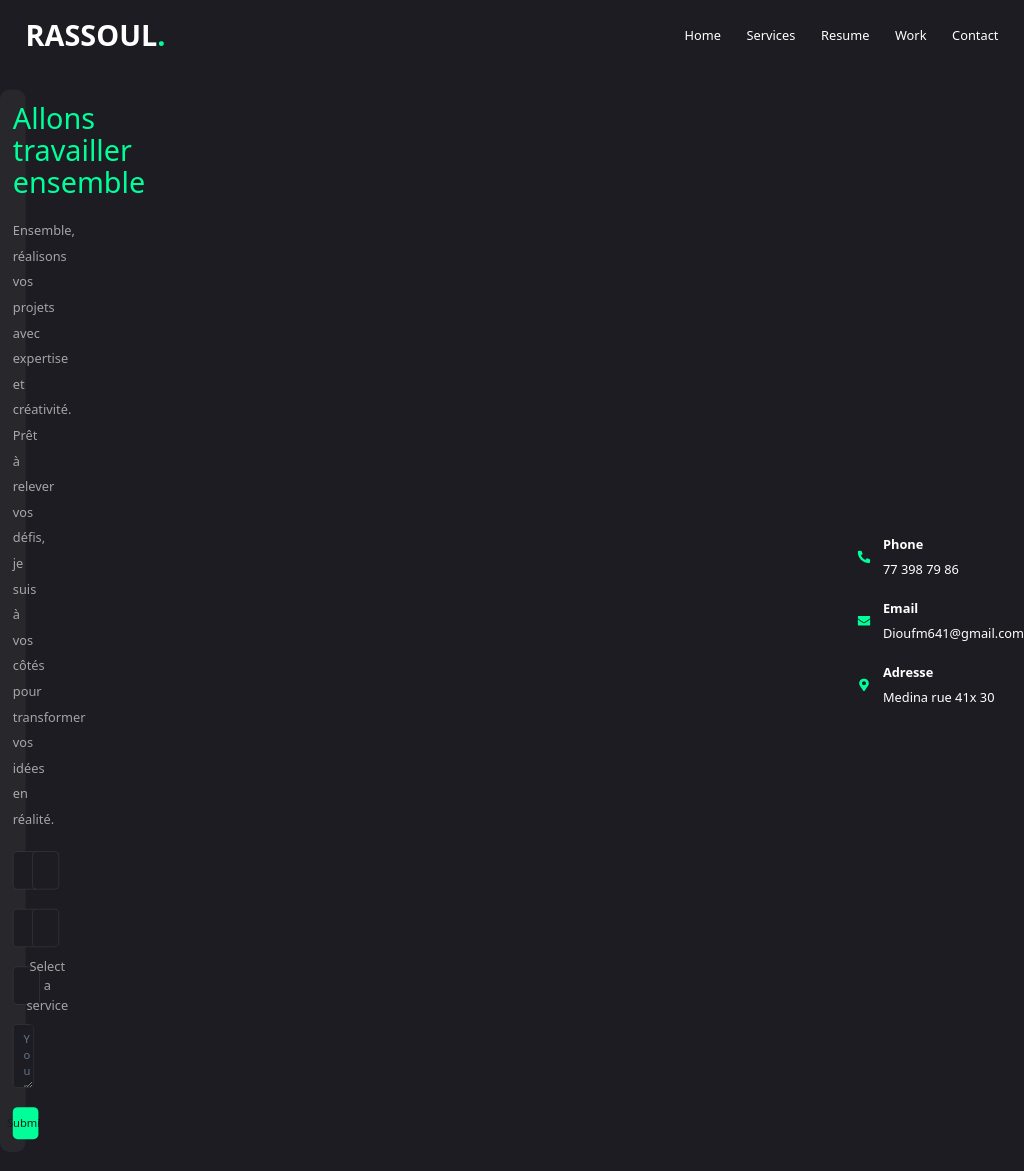
Repository: MDiouf9/portfolio2
Page: /contact
An editor plug-in stored every save of this project. The page is shown before and after the next save, followed by the edit.
The browser window is 1280 px wide. The pictures show the whole page, at 80% of full size.
The project was rebuilt for these pictures with package versions that can differ from the ones it lists, and the page was loaded fresh each time. The framework's server and built-in components were replaced by stand-ins that run in the browser. Also part of the build but not shown: next.config.mjs.

Above is the page before, as saved 2024-10-16 00:02:19.

After the next save:
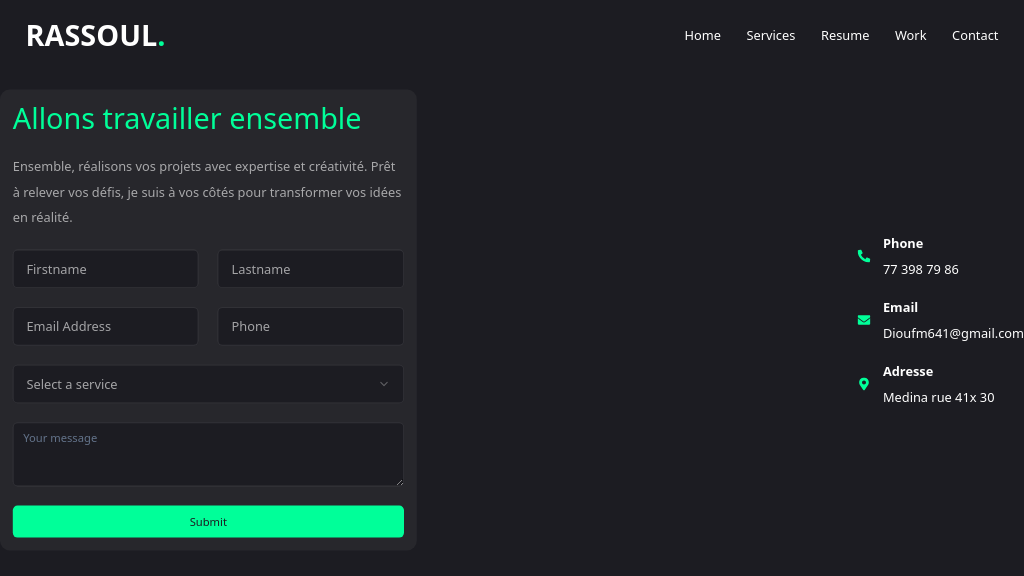
Saved 4 s later.
--- a/src/app/contact/page.tsx
+++ b/src/app/contact/page.tsx
@@ -46,7 +46,7 @@
         <div className="flex flex-col   xl:flex-row gap-[30px]">
           {/* Formulaire de contact */}
           <div className="  xl:h-[54%] order-2  xl:order-none ">
-            <form className="flex flex-col w-1 gap-6 p-4 bg-[#27272c] rounded-xl ">
+            <form className="flex flex-col w-1/2 gap-6 p-4 bg-[#27272c] rounded-xl ">
               <h3 className="text-4xl text-accent"> Allons travailler ensemble</h3>
               <p className="text-white/60">
 

After the save that followed:
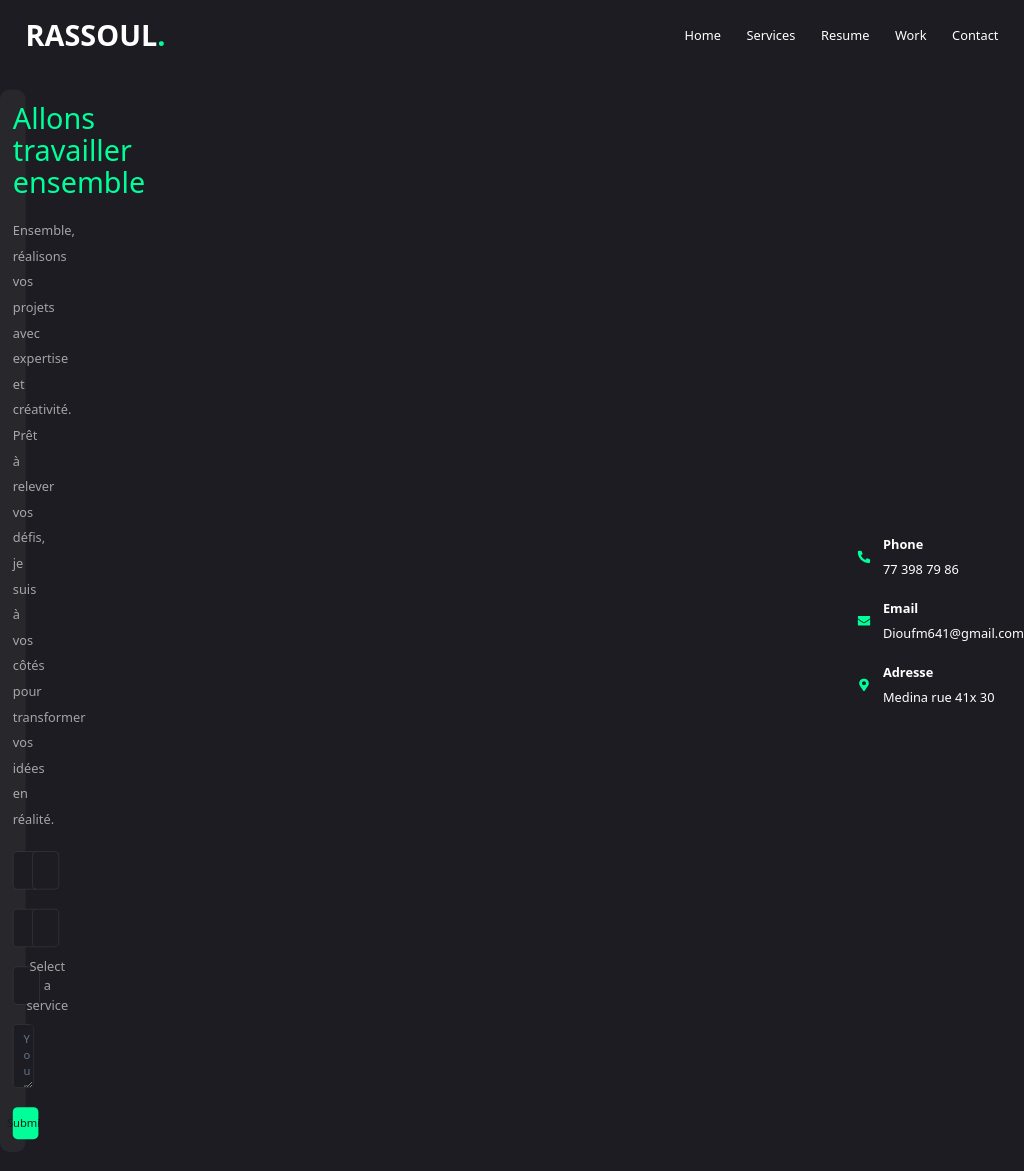
Saved 12 s later.
--- a/src/app/contact/page.tsx
+++ b/src/app/contact/page.tsx
@@ -46,7 +46,7 @@
         <div className="flex flex-col   xl:flex-row gap-[30px]">
           {/* Formulaire de contact */}
           <div className="  xl:h-[54%] order-2  xl:order-none ">
-            <form className="flex flex-col w-1/2 gap-6 p-4 bg-[#27272c] rounded-xl ">
+            <form className="flex flex-col w-1 gap-6 p-4 bg-[#27272c] rounded-xl ">
               <h3 className="text-4xl text-accent"> Allons travailler ensemble</h3>
               <p className="text-white/60">
 
